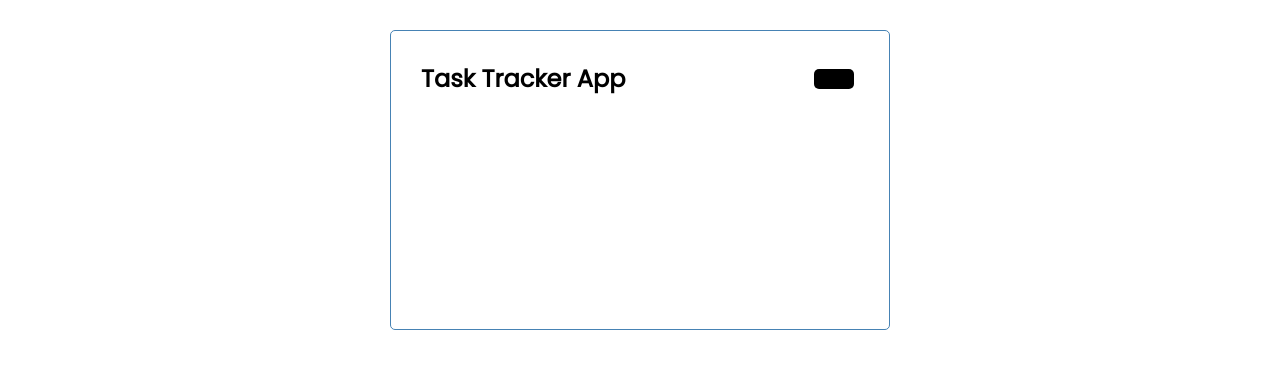
Repository: feyroozecode/task_tracker
Page: /
The author's editor kept a copy of each file at every save. The page is drawn from the files as they stood at one save, then again after the next save.
The browser window is 1280 px wide. The pictures show the whole page.
The project was rebuilt for these pictures with package versions that can differ from the ones it lists, and the page was loaded fresh each time.

Above is the page before, as saved 2023-10-19 16:52:38.

### public/index.html
<!DOCTYPE html>
<html lang="en">
  <head>
    <meta charset="utf-8" />
    <link rel="icon" href="%PUBLIC_URL%/favicon.ico" />
    <meta name="viewport" content="width=device-width, initial-scale=1" />
    <meta name="theme-color" content="#000000" />
    <meta
      name="description"
      content="Web site created using create-react-app"
    />
    <link rel="apple-touch-icon" href="%PUBLIC_URL%/logo192.png" />

    <link rel="manifest" href="%PUBLIC_URL%/manifest.json" />

    <title>React App</title>
  </head>
  <body>
    <noscript>You need to enable JavaScript to run this app.</noscript>

    <div id="root"></div>

  </body>
</html>

### src/App.js
import Header from './components/Header'

const App = ()  => {
   const appName = 'Task Tracker App'

   return (
     <div className="container">
      <Header title={appName} />
     </div>
   );

}

export default App;

### src/components/Header.js
import PropTypes from 'prop-types'
import AddButton from './AddButton'

const Header = ({ title }) => {
    return (
        <header className='header'>
            <h2 > { title } </h2>
            <AddButton color='green' text='' />
        </header>
    )
}

// set default title
Header.defaultProps = {
    title: 'Task Tracker'
}

Header.propTypes = {
    title: PropTypes.string.isRequired
}

// styles
const headingStyles = {
    color: 'wheat',
    backgroundColor: 'green',
    textAlign: 'center'
}

export default Header

### src/components/AddButton.js

const AddButton = ({color, text}) => {
    return (
     <button
      className='btn'
     color={color}
     > {text} </button>
    )

}

export default AddButton

Loaded but not shown: src/index.js (common file); src/index.css (common file)

After the next save:
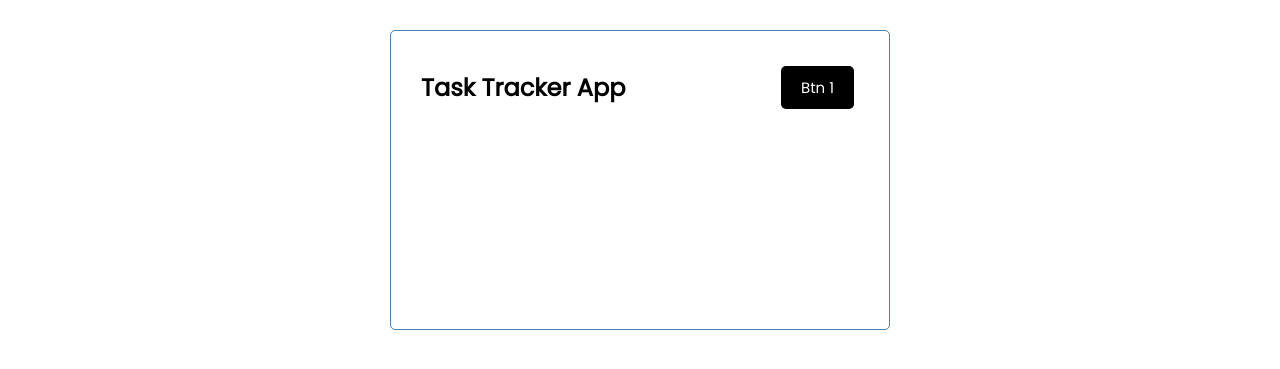
Saved 6 s later.
--- a/src/components/Header.js
+++ b/src/components/Header.js
@@ -5,7 +5,7 @@ const Header = ({ title }) => {
     return (
         <header className='header'>
             <h2 > { title } </h2>
-            <AddButton color='green' text='' />
+            <AddButton color='green' text='Btn 1' />
         </header>
     )
 }
